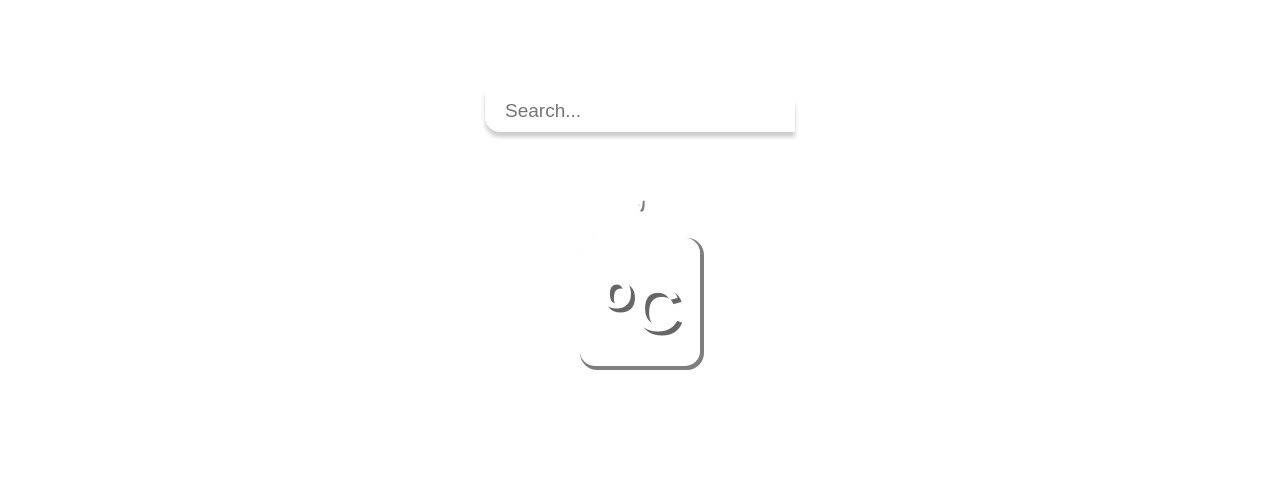
Repository: HoanTiny/30projects-30day
Page: Day 9/index.html
These files come from the project's save history. The page is drawn as it stood at one moment and after the next save; the edit follows.
The browser window is 1280 px wide. The pictures show the whole page.
The page's requests for data from a server got no answer.

Above is the page before, as saved 2021-12-10 15:22:27.

After the next save:
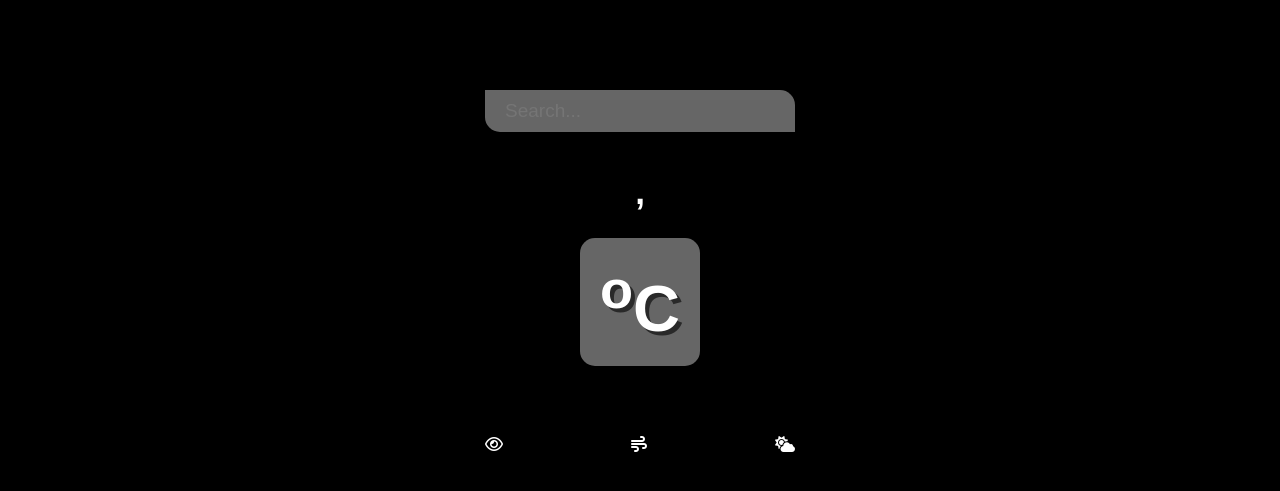
Saved 31 s later.
--- a/Day 9/style.css
+++ b/Day 9/style.css
@@ -11,22 +11,27 @@ body {
     display: flex;
     align-items: center;
     justify-content: center;
+    background-color: #000;
 }
 
 body.hot {
-    background: linear-gradient(to bottom, rgba(0, 0, 0, 0.7), rgba(0, 0, 0, 1)), url(hot.png) no-repeat center/cover;
+    background: linear-gradient(to bottom, rgba(0, 0, 0, 0.7), rgba(0, 0, 0, 1)),
+        url("https://rawcdn.githack.com/namndwebdev/html-css-js-thuc-chien/main/Weather%20App/hot.png") no-repeat
+            center/cover;
 }
 
 body.hot #weather {
-    background-image: url(hot.png);
+    background-image: url("https://rawcdn.githack.com/namndwebdev/html-css-js-thuc-chien/main/Weather%20App/hot.png");
 }
 
 body.cold {
-    background: linear-gradient(to bottom, rgba(0, 0, 0, 0.7), rgba(0, 0, 0, 1)), url(cold.png) no-repeat center/cover;
+    background: linear-gradient(to bottom, rgba(0, 0, 0, 0.7), rgba(0, 0, 0, 1)),
+        url("https://rawcdn.githack.com/namndwebdev/html-css-js-thuc-chien/main/Weather%20App/cold.png") no-repeat
+            center/cover;
 }
 
 body.cold #weather {
-    background-image: url(cold.png);
+    background-image: url("https://rawcdn.githack.com/namndwebdev/html-css-js-thuc-chien/main/Weather%20App/cold.png");
 }
 
 #weather {
